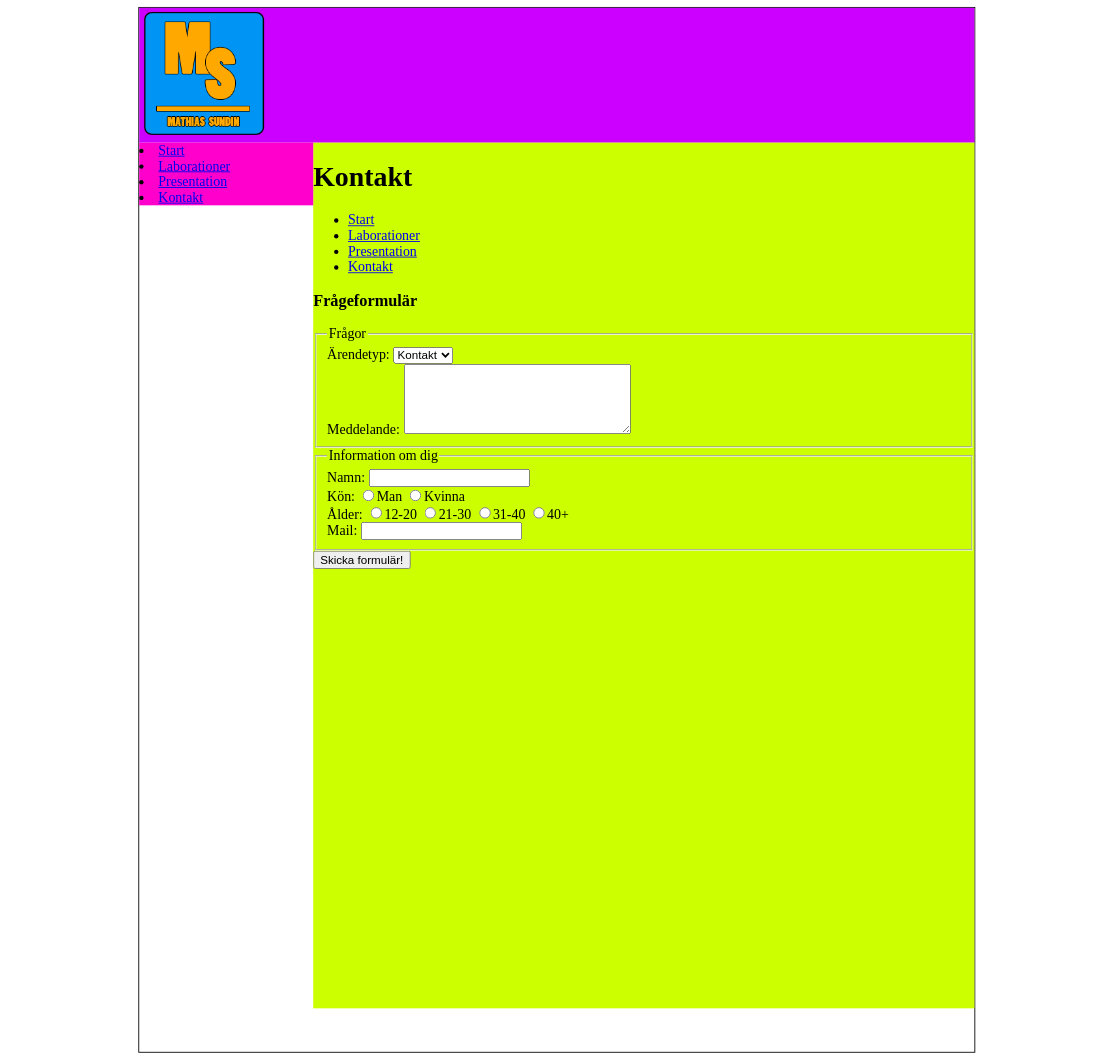
Repository: ms223uh/1ik415-laborationer
Page: www/pages/kontakt.html
The author's editor kept a record of every edit. The page is drawn from the files as they stood at one moment, then again after the next edit.
The browser window is 1280 px wide. The pictures show the whole page, at 87% of full size.

Above is the page before.

### www/pages/kontakt.html
<!DOCTYPE html>

<html lang="sv">

    <head>
        <meta http-equiv="content-type" content="text/html; charset=utf-8" />

    <link rel="stylesheet" href="../css/style.css">

        <title>Mathias Sundin</title>
    </head>
    <body>





        <!--Kontakt-->




        <div id="wrapper">


    <div id="head">
            <img src="../pics/logo1.png" width="150" height="150" alt="Logo">

        </div>




<div id="meny">


            <li><a href="../index.html">Start</a></li>
            <li><a href="laborationer.html" target="content">Laborationer</a></li>
            <li><a href="presentation.html">Presentation</a></li>
            <li><a href="kontakt.html">Kontakt</a></li>


</div>

        <div id="content">


        <h1>Kontakt</h1>

        <ul>
            <li><a href="../index.html">Start</a></li>
            <li><a href="laborationer.html">Laborationer</a></li>
            <li><a href="presentation.html">Presentation</a></li>
            <li><a href="kontakt.html">Kontakt</a></li>
            </li>
        </ul>

        <h3>Frågeformulär</h3>

        <form action="http://voyager.lnu.se/tekinet/kurser/dtt/wp_webbintro/form.php" method="post" >
        <fieldset>

        <legend>Frågor</legend>
            Ärendetyp: <select name="Ärende">
                <option value="Kontakt">Kontakt</option>
                <option value="Support">Support</option>
            </select>
            <br>
            Meddelande: <textarea rows="5" cols="30" name="Meddelande"></textarea>

        </fieldset>

        <fieldset>

        <legend>Information om dig</legend>
            Namn: <input type="text" name="Namn">
            <br>
            Kön: <input type="radio" name="Kön" value="man">Man
            <input type="radio" name="Kön" value="kvinna">Kvinna
            <br>
            Ålder: <input type="radio" name="Ålder" value="12-20">12-20 <input type="radio" name="Ålder" value="21-30">21-30 <input type="radio" name="Ålder" value="31-40">31-40 <input type="radio" name="Ålder" value="40+">40+
            <br>
            Mail: <input type="text" name="Mail">
        </fieldset>

           <button type="submit">Skicka formulär!</button>
          </form>

    </body>
</html>

### www/css/style.css

#wrapper
{
    width: 960px;
    height: 1200px;
    margin-right: auto;
    margin-left: auto;
    border: solid 1px #000000;


}



#head
{
    width: 958;
    height: 155px;
    background-color: #cc00ff;



}





#meny
{
    width: 200px;
    background-color: #ff00cc;
    float: left;



}



#content
{
    background-color: #ccff00;
    margin-left: 200px;
    margin-top: 0px;
    height: 995px;
    overflow: auto;

}



#footer
{
    background-color: #77d873;
    width: auto;
    height: 50px;
    margin-bottom: 0px;
}

After the next edit:
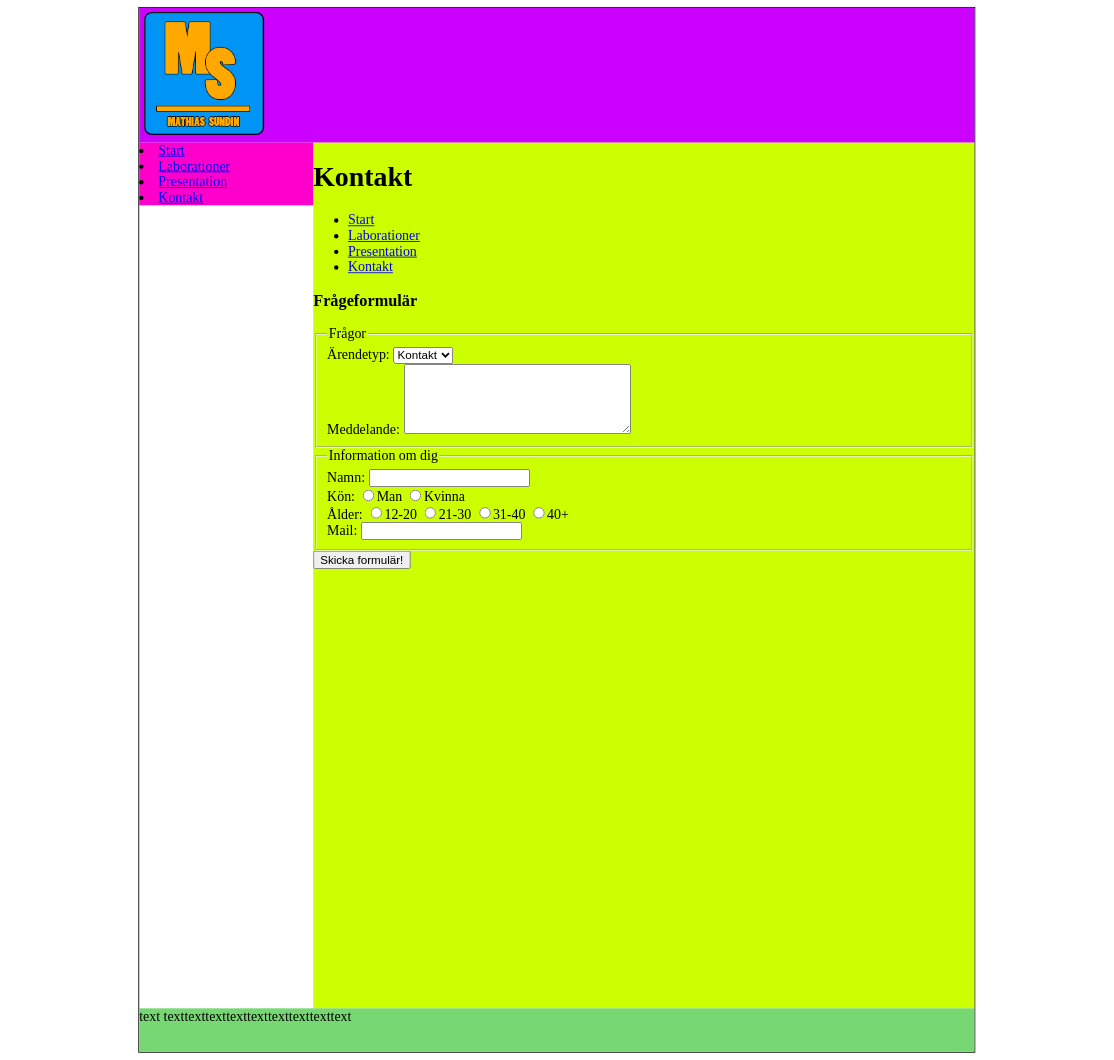
The edit:
--- a/www/pages/kontakt.html
+++ b/www/pages/kontakt.html
@@ -86,5 +86,22 @@
            <button type="submit">Skicka formulär!</button>
           </form>
 
+
+
+
+           </div>
+
+    <div id="footer">
+
+        text texttexttexttexttexttexttexttexttext
+
+    </div>
+
+
+        </div>
+
+
+
+
     </body>
 </html>
